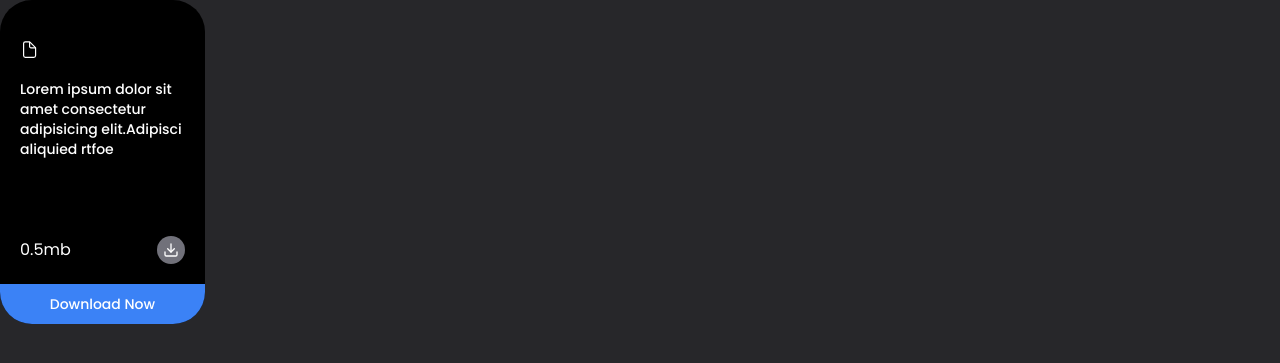
Repository: SharonSebastian32/dragable_cards
Page: /
These files come from the project's save history. The page is drawn as it stood at one moment and after the next save; the edit follows.
The browser window is 1280 px wide. The pictures show the whole page.
Some web fonts or font styles are not loaded; a fallback is used. The project was rebuilt for these pictures with package versions that can differ from the ones it lists, and the page was loaded fresh each time. Also part of the build but not shown: vite.config.js.

Above is the page before, as saved 2024-08-21 11:12:42.

### src/App.jsx
import Background from "./Components/Background";
import Foreground from "./Components/Foreground";
import "./App.css";
const App = () => {
  return (
    <div className="w-full h-screen bg-zinc-800 relative">
      <Background />
      <Foreground />
    </div>
  );
};
export default App;

### src/Components/Background.jsx
const Background = () => {
  return <div className="w-full h-full fixed z-[2]"> </div>;
};

export default Background;

### src/Components/Foreground.jsx
import Card from "./Card";

const Foreground = () => {
  const data = [
    {
      desc: "Lorem ipsum dolor sit amet consectetur adipisicing elit.Adipisci aliquied rtfoe",
      fileSize: "0.5mb",

      close: false,
      tag: {
        isOpen: true,
        tagTitle: "Download Now",
        tagColor: "blue",
      },
    },
  ];
  return (
    <div className="w-full h-full fixed top-0 left-0 z-[3]">
      {data.map((item, index) => (
        <Card data={item} />
      ))}
    </div>
  );
};

export default Foreground;

### src/App.css
 @import url('https://fonts.googleapis.com/css2?family=Playwrite+IT+Moderna:wght@100..400&family=Poppins:ital,wght@0,100;0,200;0,300;0,400;0,500;0,600;0,700;0,800;0,900;1,100;1,200;1,300;1,400;1,500;1,600;1,700;1,800;1,900&display=swap');



 *{
  font-family: Poppins;
 }

### src/Components/Card.jsx
import { IoDocumentOutline } from "react-icons/io5";
import { LuDownload } from "react-icons/lu";
import { IoCloseSharp } from "react-icons/io5";

const Card = ({ data }) => {
  return (
    <div className="w-[16vw] h-[45vh] rounded-[2rem] text-white px-5 py-10 bg-black relative overflow-hidden">
      <IoDocumentOutline size="1.2em" />
      <p className="text-sm font-medium mt-5">{data.desc}</p>
      {/* footer   */}
      <div className="footer  absolute bottom-0 left-0 w-full h-15  ">
        <div className="flex items-center justify-between p-5">
          <h5>{data.fileSize}</h5>
          <span className="w-7 h-7 bg-zinc-500 rounded-full flex items-center justify-center cursor-pointer">
            {/* <LuDownload /> */}
            {data.close ? <IoCloseSharp /> : <LuDownload />}
          </span>
        </div>{" "}
        {/* <div className="w-full h-10 bg-blue-500 flex items-center justify-center cursor-pointer ">
          <h2 className=" text-sm font-medium"> Download Now </h2>
        </div> */}
        {data.tag.isOpen ? (
          <div
            className={`w-full h-10 ${data.tag.tagColor ==='blue'? "bg-blue-500":'bg-green-500'

            } flex items-center justify-center cursor-pointer `}
          >
            <h2 className=" text-sm font-medium">{data.tag.tagTitle}</h2>
          </div>
        ) : null}
      </div>
    </div>
  );
};

export default Card;

Loaded but not shown: index.html (common file); src/main.jsx (common file); src/index.css (common file); tailwind.config.js (common file)

After the next save:
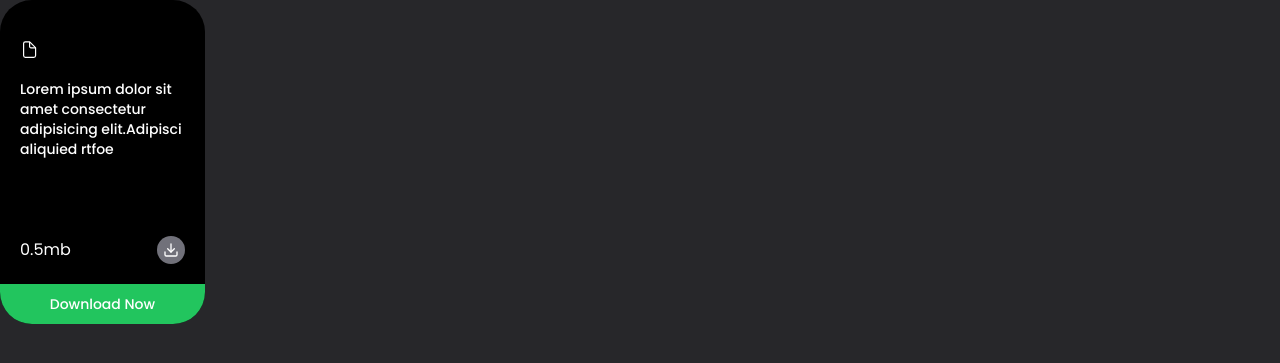
Saved 20 s later.
--- a/src/Components/Card.jsx
+++ b/src/Components/Card.jsx
@@ -21,7 +21,7 @@
         </div> */}
         {data.tag.isOpen ? (
           <div
-            className={`w-full h-10 ${data.tag.tagColor ==='blue'? "bg-blue-500":'bg-green-500'
+            className={`w-full h-10 ${data.tag.tagColor ==='green'? "bg-blue-500":'bg-green-500'
 
             } flex items-center justify-center cursor-pointer `}
           >

After the save that followed:
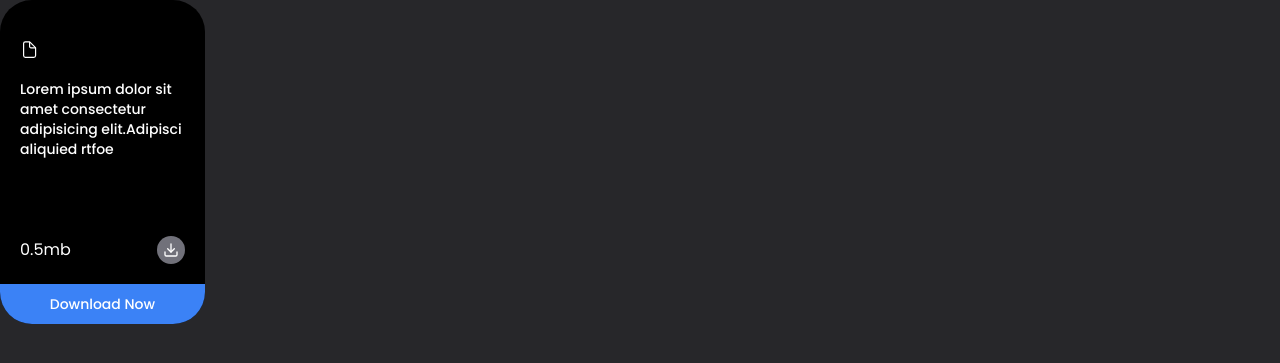
Saved 7 s later.
--- a/src/Components/Card.jsx
+++ b/src/Components/Card.jsx
@@ -21,7 +21,7 @@
         </div> */}
         {data.tag.isOpen ? (
           <div
-            className={`w-full h-10 ${data.tag.tagColor ==='green'? "bg-blue-500":'bg-green-500'
+            className={`w-full h-10 ${data.tag.tagColor ==='blue'? "bg-blue-500":'bg-green-500'
 
             } flex items-center justify-center cursor-pointer `}
           >
